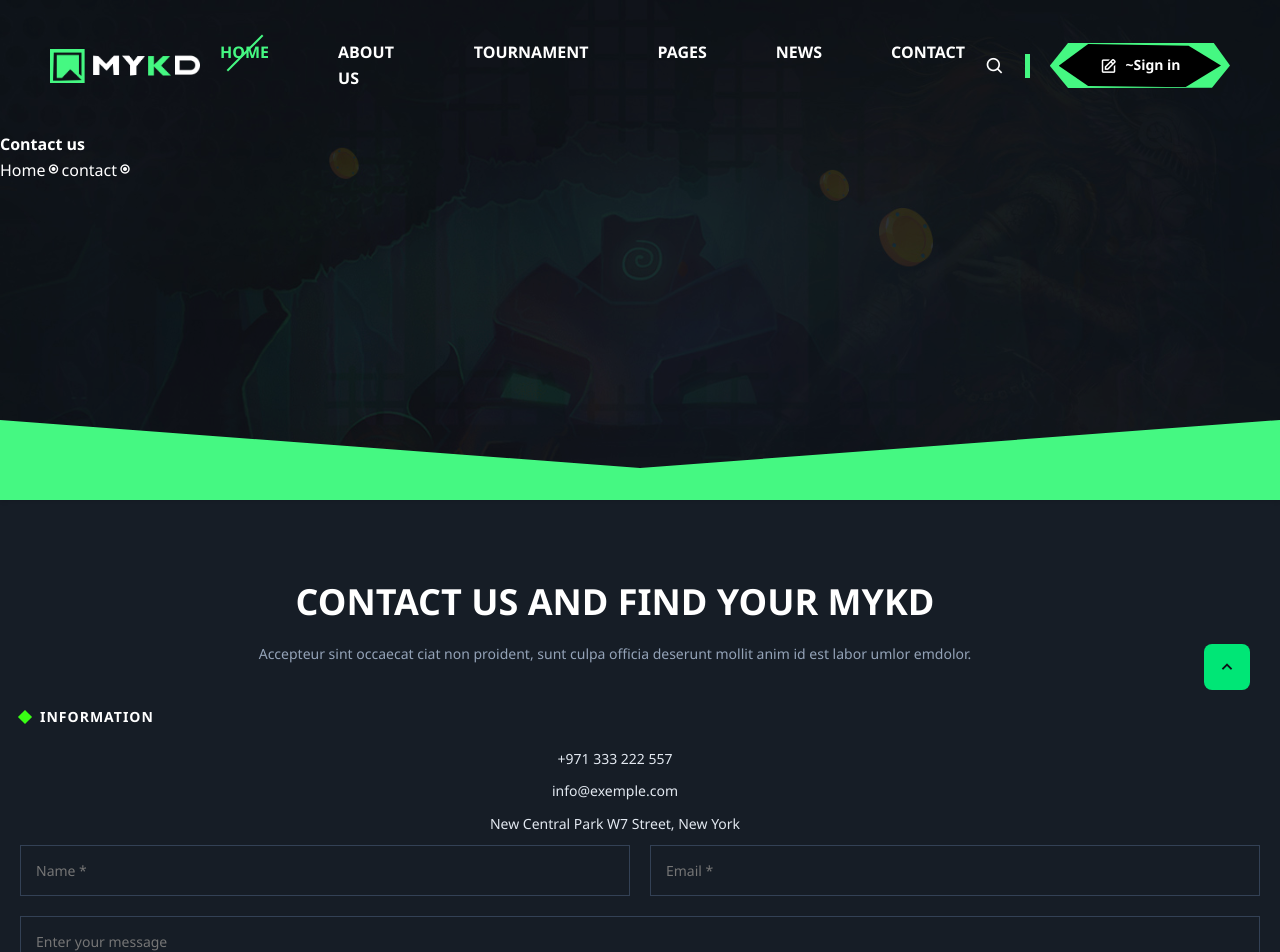
Repository: elfahl52/-MYKD-eSport-and-Gaming
Page: contact.html
An editor plug-in stored every save of this project. The page is shown before and after a run of saves, followed by the edit.
The browser window is 1280 px wide. The pictures show the part of the page from y = 0 to 952 px (the page is 2115 px tall).
Some web fonts or font styles are not loaded; a fallback is used.

Above is the page before, as saved 2026-06-11 08:26:09.

### contact.html
<!DOCTYPE html>
<html lang="en">

<head>
    <meta charset="UTF-8">
    <meta name="viewport" content="width=device-width, initial-scale=1.0">
    <title>Document</title>
    <!-- Preconnect for performance -->
    <link rel="preconnect" href="https://fonts.googleapis.com">
    <link rel="preconnect" href="https://fonts.gstatic.com" crossorigin>

    <!-- Fonts -->
    <link
        href="https://fonts.googleapis.com/css2?family=Barlow:ital,wght@0,100;0,200;0,300;0,400;0,500;0,600;0,700;0,800;0,900;1,100;1,200;1,300;1,400;1,500;1,600;1,700;1,800;1,900&family=Josefin+Sans:ital,wght@0,100..700;1,100..700&family=Poppins:wght@300;400;500;600;700&display=swap"
        rel="stylesheet">
    <link href="https://fonts.cdnfonts.com/css/berlin-sans-fb-demi" rel="stylesheet">

    <!-- Icons -->
    <link href='https://unpkg.com/boxicons@2.1.4/css/boxicons.min.css' rel='stylesheet'>
    <link rel="stylesheet" href="https://cdnjs.cloudflare.com/ajax/libs/font-awesome/6.5.1/css/all.min.css">

    <!-- Styles -->
    <link rel="stylesheet" href="css/style.css">
    <link rel="stylesheet" href="css/contact.css">
</head>

<body>


    <!-- start header -->
    <header>
        <!-- start nav -->
        <nav>
            <div class="logo">
                <img src="img/logo/logo.png" alt="Gaming Logo">
            </div>

            <ul class="nav-links">
                <li class="has-dropdown">
                    <a href="index.html" class="active">HOME</a>
                    <div class="dropDown">
                        <div>
                            <a href="#" class="active">
                                <article></article>
                                <span>HOME ONE</span>
                            </a>
                        </div>
                        <div>
                            <a href="#">
                                <article></article>
                                <span>HOME TWO</span>
                            </a>
                        </div>
                        <div>
                            <a href="#">
                                <article></article>
                                <span>HOME THREE</span>
                            </a>
                        </div>
                        <div>
                            <a href="#">
                                <article></article>
                                <span>HOME FOUR</span>
                            </a>
                        </div>
                        <div>
                            <a href="#">
                                <article></article>
                                <span>HOME FIVE</span>
                            </a>
                        </div>
                    </div>
                </li>
                <li class="has-dropdown">
                    <a href="#">ABOUT US</a>
                    <div class="dropDown">
                        <div>
                            <a href="#">
                                <article></article>
                                <span>ABOUT PAGE 1</span>
                            </a>
                        </div>
                        <div>
                            <a href="#">
                                <article></article>
                                <span>ABOUT PAGE 2</span>
                            </a>
                        </div>
                    </div>
                </li>
                <li class="has-dropdown">
                    <a href="#">TOURNAMENT</a>
                    <div class="dropDown">
                        <div>
                            <a href="#">
                                <article></article>
                                <span>TOURNAMENT</span>
                            </a>
                        </div>
                        <div>
                            <a href="#">
                                <article></article>
                                <span>TOURNAMENT SINGLE</span>
                            </a>
                        </div>
                    </div>
                </li>
                <li class="has-dropdown">
                    <a href="#">PAGES</a>
                    <div class="dropDown">
                        <div>
                            <a href="#">
                                <article></article>
                                <span>GAMING SHOP</span>
                            </a>
                        </div>
                        <div>
                            <a href="#">
                                <article></article>
                                <span>OUR SERVICES</span>
                            </a>
                        </div>
                        <div>
                            <a href="#">
                                <article></article>
                                <span>SERVICES DETAILS</span>
                            </a>
                        </div>
                        <div>
                            <a href="#">
                                <article></article>
                                <span>PLAYER DETAILS</span>
                            </a>
                        </div>
                        <div>
                            <a href="#">
                                <article></article>
                                <span>LOGIN</span>
                            </a>
                        </div>
                        <div>
                            <a href="#">
                                <article></article>
                                <span>SIGN UP</span>
                            </a>
                        </div>
                    </div>
                </li>
                <li class="has-dropdown">
                    <a href="#">NEWS</a>
                    <div class="dropDown">
                        <div>
                            <a href="#">
                                <article></article>
                                <span>OUR BLOG</span>
                            </a>
                        </div>
                        <div>
                            <a href="#">
                                <article></article>
                                <span>BLOG DETAILS</span>
                            </a>
                        </div>
                    </div>
                </li>
                <li><a href="#">CONTACT</a></li>
            </ul>


            <div class="right-nav">
                <i class="bx bx-search" id="searchIcon" aria-label="Search"></i>
                <div class="nav-divider"></div>

                <!-- Sign In Button -->
                <div class="btn sign-in-btn">
                    <div>
                        <i class="bx bx-edit"></i>
                        <span>~Sign in</span>
                    </div>
                </div>



                <!-- Hamburger Menu -->
                <div class="hamburger" id="hamburger" aria-label="Toggle menu" aria-expanded="false">
                    <span></span>
                    <span></span>
                    <span></span>
                </div>
            </div>
        </nav>
        <!-- end nav -->

           <!-- content -->
            <b>Contact us</b>
            <p>Home<i class="bx bx-radio-circle-marked" ></i><span>contact<i class="bx bx-radio-circle-marked" ></i></span></p>
        <!-- Mobile Menu Overlay -->
        <div class="mobile-menu" id="mobileMenu">
            <div class="mobile-menu-header">
                <div class="mobile-logo">
                    <img src="img/logo/logo.png" alt="Gaming Logo">
                </div>
                <button class="close-menu" id="closeMenu" aria-label="Close menu">
                    <i class="bx bx-x"></i>
                </button>
            </div>

            <div class="mobile-menu-content">
                <ul class="mobile-nav-links">
                    <!-- HOME with dropdown -->
                    <li class="mobile-has-dropdown">
                        <a href="#" class="active">
                            <i class="bx bx-home"></i>
                            <span>HOME</span>
                            <i class="bx bx-chevron-down mobile-dropdown-toggle"></i>
                        </a>
                        <ul class="mobile-dropdown">
                            <li><a href="#" class="active">HOME ONE</a></li>
                            <li><a href="#">HOME TWO</a></li>
                            <li><a href="#">HOME THREE</a></li>
                            <li><a href="#">HOME FOUR</a></li>
                            <li><a href="#">HOME FIVE</a></li>
                        </ul>
                    </li>

                    <!-- ABOUT US with dropdown -->
                    <li class="mobile-has-dropdown">
                        <a href="#">
                            <i class="bx bx-user"></i>
                            <span>ABOUT US</span>
                            <i class="bx bx-chevron-down mobile-dropdown-toggle"></i>
                        </a>
                        <ul class="mobile-dropdown">
                            <li><a href="#">ABOUT PAGE 1</a></li>
                            <li><a href="#">ABOUT PAGE 2</a></li>
                        </ul>
                    </li>

                    <!-- TOURNAMENT with dropdown -->
                    <li class="mobile-has-dropdown">
                        <a href="#">
                            <i class="bx bx-trophy"></i>
                            <span>TOURNAMENT</span>
                            <i class="bx bx-chevron-down mobile-dropdown-toggle"></i>
                        </a>
                        <ul class="mobile-dropdown">
                            <li><a href="#">TOURNAMENT</a></li>
                            <li><a href="#">TOURNAMENT SINGLE</a></li>
                        </ul>
                    </li>

                    <!-- PAGES with dropdown -->
                    <li class="mobile-has-dropdown">
                        <a href="#">
                            <i class="bx bx-file"></i>
                            <span>PAGES</span>
                            <i class="bx bx-chevron-down mobile-dropdown-toggle"></i>
                        </a>
                        <ul class="mobile-dropdown">
                            <li><a href="#">GAMING SHOP</a></li>
                            <li><a href="#">OUR SERVICES</a></li>
                            <li><a href="#">SERVICES DETAILS</a></li>
                            <li><a href="#">PLAYER DETAILS</a></li>
                            <li><a href="#">LOGIN</a></li>
                            <li><a href="#">SIGN UP</a></li>
                            <li><a href="#">FORGET PASSWORD</a></li>
                            <li><a href="#">404 PAGE</a></li>
                            <!-- Contact Link in Dropdown -->
                            <li class="contact-item">
                                <a href="#contact" class="contact-link">
                                    <i class="bx bx-envelope"></i>
                                    <span>CONTACT US</span>
                                </a>
                            </li>
                        </ul>
                    </li>

                    <!-- NEWS with dropdown -->
                    <li class="mobile-has-dropdown">
                        <a href="#">
                            <i class="bx bx-news"></i>
                            <span>NEWS</span>
                            <i class="bx bx-chevron-down mobile-dropdown-toggle"></i>
                        </a>
                        <ul class="mobile-dropdown">
                            <li><a href="#">OUR BLOG</a></li>
                            <li><a href="#">BLOG DETAILS</a></li>
                        </ul>
                    </li>

                    <!-- CONTACT -->
                    <li>
                        <a href="#contact">
                            <i class="bx bx-envelope"></i>
                            <span>CONTACT</span>
                        </a>
                    </li>
                </ul>

                <!-- Mobile Actions -->
                <div class="mobile-actions">
                    <button class="mobile-search">
                        <i class="bx bx-search"></i>
                        <span>Search</span>
                    </button>
                    <button class="mobile-signin">
                        <i class="bx bx-edit"></i>
                        <span>Sign in</span>
                    </button>
                </div>

                <!-- Social Media -->
                <div class="mobile-social">
                    <h3>Follow Us</h3>
                    <div class="social-icons">
                        <a href="#" aria-label="Facebook"><i class="bx bxl-facebook"></i></a>
                        <a href="#" aria-label="Twitter"><i class="bx bxl-twitter"></i></a>
                        <a href="#" aria-label="Instagram"><i class="bx bxl-instagram"></i></a>
                        <a href="#" aria-label="YouTube"><i class="bx bxl-youtube"></i></a>
                        <a href="#" aria-label="Discord"><i class="bx bxl-discord"></i></a>
                        <a href="#" aria-label="Twitch"><i class="bx bxl-twitch"></i></a>
                    </div>
                </div>

                <!-- Contact Info -->
                <div class="mobile-contact-info">
                    <h3>Contact Info</h3>
                    <p><i class="bx bx-phone"></i> +1 234 567 890</p>
                    <p><i class="bx bx-envelope"></i> info@example.com</p>
                    <p><i class="bx bx-map"></i> 123 Gaming Street, City, Country</p>
                </div>
            </div>
        </div>
        <!-- Overlay for mobile menu -->
        <div class="mobile-overlay" id="mobileOverlay"></div>
        <!--  NEW: Green Divider with Clip-Path -->
        <div class="header-divider"></div>
    </header>
    <!-- end header -->


    <section class="contact-section">

        <!-- المعلومات -->
        <div class="contact-info">
            <h1>Contact Us And Find Your MYKD</h1>
            <p>
                Accepteur sint occaecat ciat non proident, sunt culpa officia deserunt mollit anim id est labor umlor
                emdolor.
            </p>

            <div class="info-header">
                <span class="diamond-icon"></span>
                INFORMATION
            </div>

            <ul class="details-list">
                <li>+971 333 222 557</li>
                <li>info@exemple.com</li>
                <li>New Central Park W7 Street, New York</li>
            </ul>
        </div>

        <!-- النموذج -->
        <form class="contact-form">
            <div class="form-row">
                <div class="input-group">
                    <input type="text" placeholder="Name *" required>
                </div>
                <div class="input-group">
                    <input type="email" placeholder="Email *" required>
                </div>
            </div>

            <textarea placeholder="Enter your message" required></textarea>

            <button type="submit" class="submit-btn">Submit Now</button>
        </form>

    </section>

    <!-- القسم السفلي: الخريطة -->
    <div class="map-container">
        <!-- تم استخدام خريطة نيويورك كمثال -->
        <iframe
            src="https://www.google.com/maps/embed?pb=!1m18!1m12!1m3!1d193595.15830869428!2d-74.119763973046!3d40.69766374874431!2m3!1f0!2f0!3f0!3m2!1i1024!2i768!4f13.1!3m3!1m2!1s0x89c24fa5d33f083b%3A0xc80b8f06e177fe62!2sNew%20York%2C%20NY%2C%20USA!5e0!3m2!1sen!2seg!4v1620000000000!5m2!1sen!2seg"
            allowfullscreen="" loading="lazy"></iframe>
    </div>

    <!-- start footer section -->
    <footer>
        <div class="container">
            <div class="footer-row">

                <!-- Column 1: Logo & Info -->
                <div class="footer-col-1">
                    <div class="footer-logo">
                        <div class="logo-icon">
                            <i class='bx bxs-image'></i>
                        </div>
                        <div class="logo-text">
                            <span class="my">MY</span><span class="kd">KD</span>
                        </div>
                    </div>
                    <p>Lorem ipsum dolor sit amet consectetur adipiscing. Duis sollicitudin augue euismod. Nulla ullam
                        dolor sit amet consectetur.</p>
                    <div class="active-with-us">
                        <span class="active">ACTIVE</span>
                        <span class="with-us">WITH US <i class='bx bx-chevrons-right'></i></span>
                    </div>
                    <div class="social-icons">
                        <a href="#" class="discord" aria-label="Discord"><img src="./img/icons/social_icon01.png"
                                alt=""></a>
                        <a href="#" class="twitter" aria-label="Twitter"><img src="./img/icons/social_icon02.png"
                                alt=""></a>
                        <a href="#" class="instagram" aria-label="Instagram"><img src="./img/icons/social_icon03.png"
                                alt=""></a>
                        <a href="#" class="telegram" aria-label="Telegram"><img src="./img/icons/social_icon04.png"
                                alt=""></a>
                    </div>
                </div>

                <!-- Column 2: Quick Link -->
                <div class="footer-col">
                    <h3>Quick Link</h3>
                    <div class="footer-links">
                        <a href="#">Gaming</a>
                        <a href="#">Product</a>
                        <a href="#">All NFTs</a>
                        <a href="#">Social Network</a>
                        <a href="#">Domain Names</a>
                        <a href="#">Collectibles</a>
                    </div>
                </div>

                <!-- Column 3: Supports -->
                <div class="footer-col">
                    <h3>Supports</h3>
                    <div class="footer-links">
                        <a href="#">Setting &amp; Privacy</a>
                        <a href="#">Help &amp; Support</a>
                        <a href="#">Live Auctions</a>
                        <a href="#">Item Details</a>
                        <a href="#">24/7 Supports</a>
                        <a href="#">Our News</a>
                    </div>
                </div>

                <!-- Column 4: Newsletter -->
                <div class="footer-col footer-col-4">
                    <h3>Newsletter</h3>
                    <p>Subscribe our newsletter to get our latest update &amp; newsconsectetur</p>
                    <form class="newsletter-form" onsubmit="return false;">
                        <input type="email" placeholder="Your email address" aria-label="Email address">
                        <button type="submit" aria-label="Subscribe">
                            <i class='bx bx-right-arrow-alt'></i>
                        </button>
                    </form>
                </div>

            </div>
        </div>

        <!-- Bottom Bar -->
        <div class="bottom-bar">
            <span class="copyright">
                COPYRIGHT &copy; 2026 &ndash; ALL RIGHTS RESERVED BY <span class="mykd-green">Khaled Elfahl</span>
            </span>
            <div class="payment-icons">
                <span class="pay-badge pay-paypal">PayPal</span>
                <span class="pay-badge pay-ebay">eBay</span>
                <span class="pay-badge pay-cirrus">Cirrus</span>
                <span class="pay-badge pay-visa">VISA</span>
                <span class="pay-badge pay-discover">DISCOVER</span>
                <span class="pay-badge pay-mastercard">MasterCard</span>
            </div>
        </div>
    </footer>

    <!-- Scroll to Top -->
    <button class="scroll-top" onclick="window.scrollTo({top:0,behavior:'smooth'})" aria-label="Scroll to top">
        <i class='bx bx-chevron-up'></i>
    </button>

    <!-- end footer section -->
    <!-- js  -->
    <script src="js/main.js"></script>
</body>

</html>

### css/contact.css
* {
  font-family: "Segoe UI", Tahoma, Geneva, Verdana, sans-serif;
}

body {
  background-color: #0f172a;
  color: #ffffff;
}

 header {
  background: url("../img/bg/breadcrumb_bg02.jpg") no-repeat center center / cover;
  background-color: var(--header-overlay);
  background-blend-mode: overlay;
  box-shadow: 0 2px 4px rgba(0, 0, 0, 0.1);
  min-height: 500px;
  font-family: var(--heading-font);
  position: relative;
  overflow: hidden;
}
 header
.contact-section {
  display: flex;
  flex-wrap: wrap;
  padding: 80px 10%;
  background-color: #0b1120;
  min-height: 500px;
  align-items: center;
  justify-content: space-between;
}


.contact-info {
  flex: 1;
  min-width: 300px;
  padding-right: 50px;
}

.contact-info h1 {
  font-size: 36px;
  font-weight: 700;
  margin-bottom: 20px;
  line-height: 1.2;
  text-transform: uppercase;
}

.contact-info p {
  color: #94a3b8;
  margin-bottom: 40px;
  line-height: 1.6;
  font-size: 14px;
}

.info-header {
  display: flex;
  align-items: center;
  margin-bottom: 20px;
  font-weight: bold;
  font-size: 14px;
  letter-spacing: 1px;
}

.diamond-icon {
  width: 10px;
  height: 10px;
  background-color: #39ff14;
  transform: rotate(45deg);
  margin-right: 10px;
  display: inline-block;
}

.details-list li {
  list-style: none;
  margin-bottom: 10px;
  font-size: 14px;
  color: #e2e8f0;
}

/*right side*/
.contact-form {
  flex: 1;
  min-width: 300px;
}

.form-row {
  display: flex;
  gap: 20px;
  margin-bottom: 20px;
}

.input-group {
  flex: 1;
  position: relative;
}

input,
textarea {
  width: 100%;
  background: transparent;
  border: 1px solid #334155;
  padding: 15px;
  color: white;
  font-size: 14px;
  outline: none;
  transition: 0.3s;
}

input:focus,
textarea:focus {
  border-color: #39ff14;
}

textarea {
  height: 150px;
  resize: none;
  margin-bottom: 30px;
}

/* button*/
.submit-btn {
  background-color: #39ff14;
  color: #000;
  border: none;
  padding: 15px 40px;
  font-weight: bold;
  font-size: 14px;
  cursor: pointer;
  text-transform: uppercase;
  clip-path: polygon(0 0, 100% 0, 95% 100%, 0% 100%);
  transition: 0.3s;
}

.submit-btn:hover {
  background-color: #2ecc71;
  transform: translateX(5px);
}

/* map*/
.map-container {
  width: 100%;
  height: 450px;
  background-color: #1e293b;
}

iframe {
  width: 100%;
  height: 100%;
  border: 0;
  filter: grayscale(100%) invert(92%) contrast(83%);
}

/* responsive*/
@media (max-width: 768px) {
  .contact-section {
    flex-direction: column;
    padding: 40px 5%;
  }
  .contact-info {
    padding-right: 0;
    margin-bottom: 40px;
  }
  .form-row {
    flex-direction: column;
    gap: 0;
  }
}

Loaded but not shown: js/main.js (141 lines, source omitted); css/style.css (3067 lines, source omitted)

After the next 4 saves:
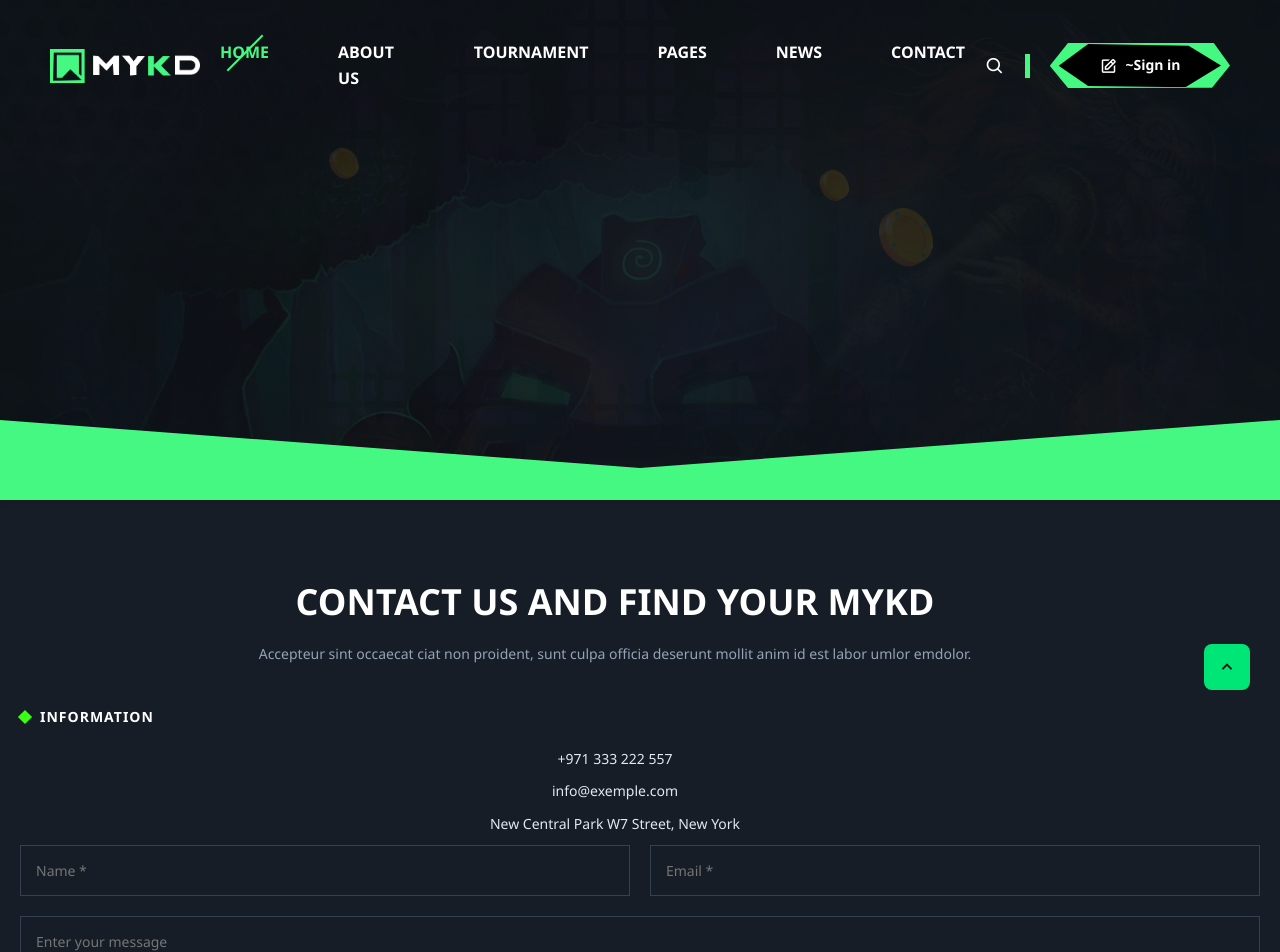
The 4 saves are shown as one change because they came seconds apart.
The last was saved 14 s later.
--- a/contact.html
+++ b/contact.html
@@ -192,8 +192,7 @@
         <!-- end nav -->
 
            <!-- content -->
-            <b>Contact us</b>
-            <p>Home<i class="bx bx-radio-circle-marked" ></i><span>contact<i class="bx bx-radio-circle-marked" ></i></span></p>
+          <div cl></div>
         <!-- Mobile Menu Overlay -->
         <div class="mobile-menu" id="mobileMenu">
             <div class="mobile-menu-header">
